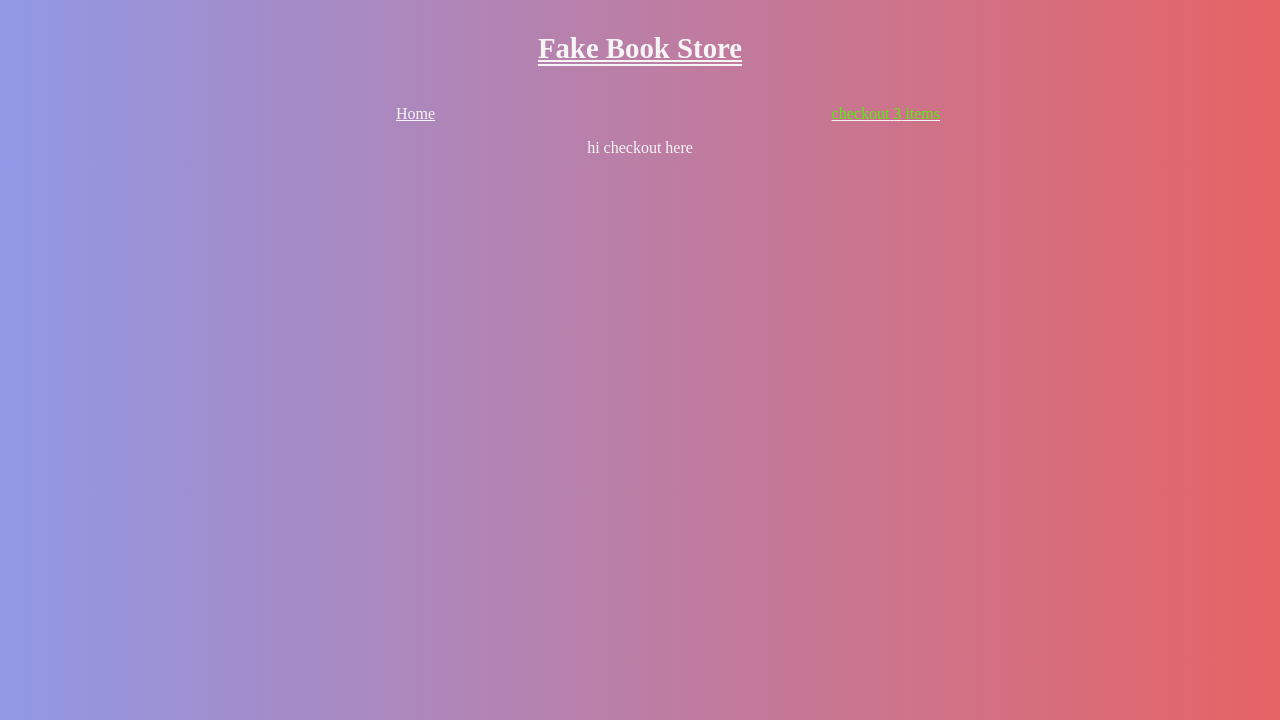
Repository: 0101chaitanya/shopping-cart
Page: /checkout
These files come from the project's save history. The page is drawn as it stood at one moment and after the next save; the edit follows.
The browser window is 1280 px wide. The pictures show the whole page.
Some web libraries are served in a nearby version. The project was rebuilt for these pictures with package versions that can differ from the ones it lists, and the page was loaded fresh each time. Also part of the build but not shown: src/components/Book.js, src/components/Home.js.

Above is the page before, as saved 2021-08-08 14:08:22.

### public/index.html
<!DOCTYPE html>
<html lang="en">

  <head>
    <meta charset="utf-8" />
    <link rel="icon" href="%PUBLIC_URL%/favicon.ico" />
    <meta name="viewport" content="width=device-width, initial-scale=1" />
    <meta name="theme-color" content="#000000" />
    <meta name="description" content="Web site created using create-react-app" />
    <link rel="apple-touch-icon" href="%PUBLIC_URL%/logo192.png" />
    <!--
      manifest.json provides metadata used when your web app is installed on a
      user's mobile device or desktop. See https://developers.google.com/web/fundamentals/web-app-manifest/
    -->
    <link rel="manifest" href="%PUBLIC_URL%/manifest.json" />
    <!--
      Notice the use of %PUBLIC_URL% in the tags above.
      It will be replaced with the URL of the `public` folder during the build.
      Only files inside the `public` folder can be referenced from the HTML.

      Unlike "/favicon.ico" or "favicon.ico", "%PUBLIC_URL%/favicon.ico" will
      work correctly both with client-side routing and a non-root public URL.
      Learn how to configure a non-root public URL by running `npm run build`.
    -->
    <script src="https://kit.fontawesome.com/3dcaf9f6de.js" crossorigin="anonymous"></script>
    <title>React App</title>
  </head>

  <body>
    <noscript>You need to enable JavaScript to run this app.</noscript>
    <div id="root"></div>
    <!--
      This HTML file is a template.
      If you open it directly in the browser, you will see an empty page.

      You can add webfonts, meta tags, or analytics to this file.
      The build step will place the bundled scripts into the <body> tag.

      To begin the development, run `npm start` or `yarn start`.
      To create a production bundle, use `npm run build` or `yarn build`.
    -->
  </body>

</html>

### src/index.js
import React from "react";
import ReactDOM from "react-dom";
import App from "./App";
import reportWebVitals from "./reportWebVitals";
import { ContextWrapper } from "./components/Context";
ReactDOM.render(
  <React.StrictMode>
    <ContextWrapper>
      <App />
    </ContextWrapper>
  </React.StrictMode>,
  document.getElementById("root")
);

// If you want to start measuring performance in your app, pass a function
// to log results (for example: reportWebVitals(console.log))
// or send to an analytics endpoint. Learn more: https://bit.ly/CRA-vitals
reportWebVitals();

### src/App.js
import "./App.css";
import { produce } from "immer";
import React, { useState, useReducer, useEffect } from "react";
import { BrowserRouter as Router, Route, Switch } from "react-router-dom";
import Nav from "./components/Nav";
import Home from "./components/Home";
import Checkout from "./components/Checkout";

function App() {
  return (
    <Router>
      <div className="App">
        <Nav />

        <Switch>
          <Route path="/" exact component={Home} />
          <Route path="/checkout" exact component={Checkout} />
        </Switch>
      </div>
    </Router>
  );
}

export default App;

### src/components/Context.js
import React, { createContext, useEffect, useContext, useReducer } from "react";
import reducer from "./Reducer";
import data from "./Books.json";
const initialState = {
  cart: data,

  total: 0,
};

const myContext = createContext();

const ContextWrapper = ({ children }) => {
  const [state, dispatch] = useReducer(reducer, initialState);
  const togglePaper = ({ id, paper }) => {
    dispatch({ type: "TOGGLE_PAPER", payload: { id, paper } });
  };
  const toggleCheckout = ({ id, checkout }) => {
    dispatch({ type: "TOGGLE-CHECKOUT", payload: { id, checkout } });
  };

  useEffect(() => {
    computeTotal();
  }, [state.cart]);
  const computeTotal = () => {
    dispatch({ type: "COMPUTE-TOTAL" });
  };
  console.log(state);
  return (
    <myContext.Provider value={{ ...state, togglePaper, toggleCheckout }}>
      {children}
    </myContext.Provider>
  );
};
const useGlobalContext = () => {
  return useContext(myContext);
};

export { useGlobalContext, ContextWrapper };

### src/App.css
.App {
  text-align: center;
}
html,
body,
.App {
  display: flex;
  flex-direction: column;
  justify-content: center;
  align-items: center;
  width: 100vw;
  height: fit-content;
  color: whitesmoke;
  background: linear-gradient(to left, #e66465, #9198e5);
}
nav {
  width: 100vw;
  display: flex;
  flex-direction: column;
  justify-content: center;
  align-items: center;
}

nav > h1 {
  justify-content: center;
  text-align: center;
  font-size: 1.8rem;
  text-decoration: underline double;
}
nav > ul {
  grid-area: ul;
  display: flex;
  align-content: flex-start;
  width: 35rem;
  justify-content: space-between;
  list-style-type: none;
}
nav > ul > li:nth-child(1) {
  display: flex;
}
nav > ul > li:nth-child(1) > * {
  margin: 0 1rem;
}
a {
  color: whitesmoke;
}
input {
  font-size: 2rem;
}
form {
  display: flex;
  flex-direction: column;
  justify-content: flex-start;
  align-items: center;
  width: 12rem;
  height: 25rem;
  font-size: 0.8rem;
  padding: 0.5rem 0rem 0.5rem;
  background: rgb(132, 168, 96);
  border: solid 0.5rem rgb(156, 156, 30);
  border-radius: 1rem;
}
.bookShow {
  width: 80vh;
  justify-content: center;
  align-items: center;
  display: grid;
  grid-auto-flow: row;
  grid-template-columns: repeat(3, 1fr);
  grid-gap: 0.8rem;
}
img {
  width: 10rem;
  height: 15rem;
}
h3,
h4 {
  margin: 0 0.2rem;
}
button {
  background-color: blueviolet;
  border: none;
  border-radius: 0.5rem;
  padding: 0.3rem;
  margin: 0.1rem;
}
button:disabled {
  color: rgb(105, 93, 93);
  background-color: rgb(238, 101, 101);
}
.count {
  color: rgb(84, 240, 12);
}

### src/components/Nav.js
import React, { useState, useEffect } from "react";
import { Link } from "react-router-dom";
import { useGlobalContext } from "./Context";
const Nav = (props) => {
  const { total } = useGlobalContext();
  return (
    <nav>
      <h1>Fake Book Store</h1>
      <ul className="nav-links">
        <li>
          <Link className="links" to="/">
            <span>Home</span>
          </Link>
        </li>
        <li>
          <Link className="links" to="/checkout">
            <span className="count">
              checkout
              <span> {total}</span> items
            </span>
          </Link>
        </li>
      </ul>
    </nav>
  );
};
export default Nav;

### src/components/Checkout.js
import React, { useState, useEffect } from "react";

const Checkout = () => {
  return <div>hi checkout here</div>;
};
export default Checkout;

### src/components/Reducer.js
const reducer = (state, action) => {
  switch (action.type) {
    case "TOGGLE_PAPER":
      const cart_SET_PAPER = state.cart.map((item) => {
        if (item.id === action.payload.id) {
          return { ...item, paper: action.payload.paper };
        }
        return item;
      });
      return { ...state, cart: cart_SET_PAPER };

    case "TOGGLE-CHECKOUT":
      const cartModified = state.cart.map((item) => {
        if (item.id === action.payload.id) {
          console.log(action.payload.checkout, item.id, action.payload.id);
          return { ...item, checkout: action.payload.checkout };
        }
        return item;
      });
      return { ...state, cart: [...cartModified] };

    case "COMPUTE-TOTAL":
      let count = state.cart.filter((item) => {
        return item.checkout ? true : false;
      });
      return { ...state, total: count.length };
    default:
      throw new Error(`no matching action found for ${action.type}`);
  }
};
export default reducer;

### src/components/Books.json
[
  {
    "id": "book1",
    "name": "Anna Karenina",
    "image": "https://archive.org/services/img/ost-english-annakareninatols00tolsiala",
    "price": 399,
    "identifier": "ost-english-annakareninatols00tolsiala",
    "checkout": true,
    "paper": false
  },
  {
    "id": "book2",
    "name": "Madame Bovary : a study of provincial life",
    "image": "https://archive.org/services/img/madamebovarystud00flau",
    "price": 499,
    "identifier": "madamebovarystud00flau",
    "checkout": true,
    "paper": false
  },
  {
    "id": "book3",
    "name": "War and Peace",
    "image": "https://archive.org/services/img/warandpeace01dolegoog",
    "checkout": false,
    "paper": false,

    "price": 1299,
    "identifier": "warandpeace01dolegoog"
  },
  {
    "id": "book4",
    "name": "The Great Gatsby",
    "image": "https://archive.org/services/img/the-great-gatsby_1922",
    "checkout": true,
    "paper": true,

    "price": 799,
    "identifier": "the-great-gatsby_1922"
  },
  {
    "id": "book5",
    "name": "Middlemarch",
    "image": "https://archive.org/services/img/middlemarchastu07eliogoog",
    "checkout": false,
    "paper": false,

    "price": 150,
    "identifier": "middlemarchastu07eliogoog"
  },
  {
    "id": "book6",
    "name": "The Adventures of Huckleberry Finn",
    "image": "https://archive.org/services/img/adventureshuckle00twaiiala",
    "checkout": false,
    "paper": false,

    "price": 249,
    "identifier": "adventureshuckle00twaiiala"
  },
  {
    "id": "book7",
    "name": "The Stories of Anton Chekhov",
    "image": "https://archive.org/services/img/in.ernet.dli.2015.507759",
    "checkout": false,
    "paper": false,

    "price": 550,
    "identifier": "in.ernet.dli.2015.507759"
  },
  {
    "id": "book8",
    "name": "In Search of Lost Time",
    "image": "https://archive.org/services/img/InSearchOfLostTimeCompleteVolumes",

    "checkout": false,
    "paper": false,
    "price": 1199,
    "identifier": "InSearchOfLostTimeCompleteVolumes"
  },
  {
    "id": "book9",
    "name": "Hamlet",
    "image": "https://archive.org/services/img/shakespeareshaml01shak",
    "checkout": false,
    "paper": false,

    "price": 1500,
    "identifier": "shakespeareshaml01shak"
  },
  {
    "id": "book10",
    "name": "Moby Dick",
    "image": "https://archive.org/services/img/mobydickorwhale01melvuoft",
    "checkout": false,
    "paper": false,

    "price": 699,
    "identifier": "mobydickorwhale01melvuoft"
  }
]

Loaded but not shown: src/reportWebVitals.js (common file)

After the next save:
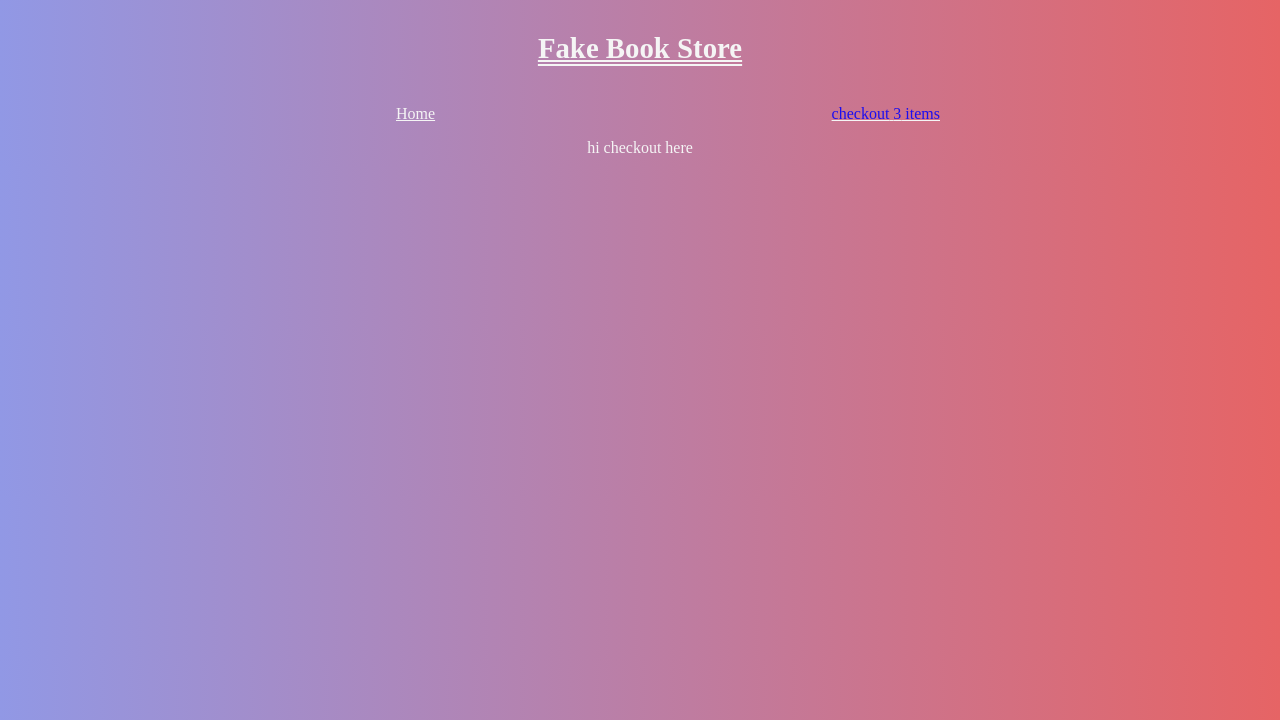
Saved 4 s later.
--- a/src/App.css
+++ b/src/App.css
@@ -89,5 +89,5 @@ button:disabled {
   background-color: rgb(238, 101, 101);
 }
 .count {
-  color: rgb(84, 240, 12);
+  color: rgb(27, 12, 240);
 }
